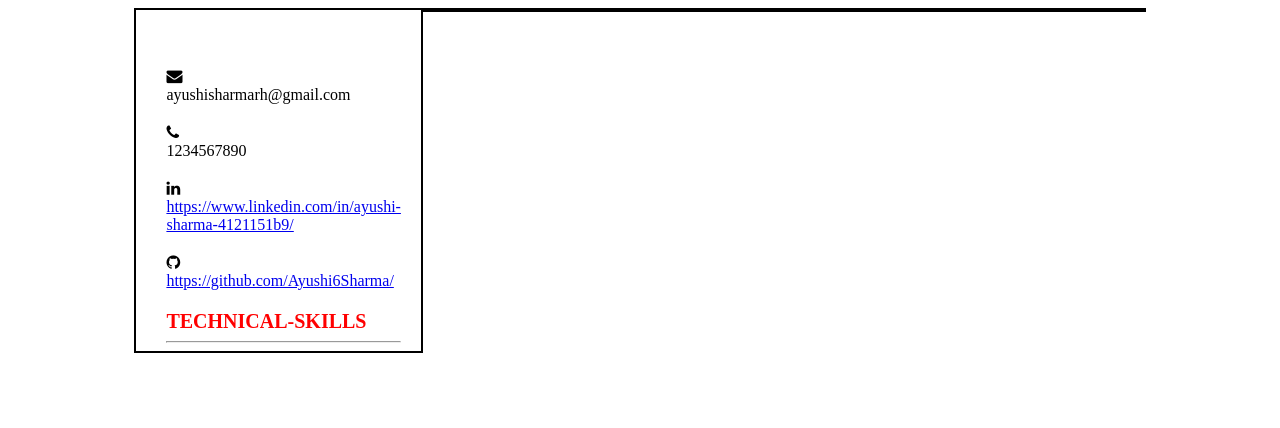
Repository: Ayushi6Sharma/Resume
Page: index.html
These files come from the project's save history. The page is drawn as it stood at one moment and after the next save; the edit follows.
The browser window is 1280 px wide. The pictures show the whole page.

Above is the page before, as saved 2022-05-03 23:36:12.

### index.html
<!DOCTYPE html>
<html lang="en">
    <head>
        <meta charset="utf-8">
        <meta http-equiv="X-UA-Compatible" content="IE=edge">
        <meta name="viewport" content="width=device-width, initial-scale=1">
        <meta name="description" content="Responsive resume for companies">
        <meta name="author" content="Ayushi Sharma">
        <div class="profile-linkedin"></div>
        <link rel="stylesheet" href="style.css">
        <!-- <link rel="stylesheet" href="https://cdn.jsdelivr.net/npm/@fortawesome/fontawesome-free@5.15.4/css/fontawesome.min.css" integrity="sha384-jLKHWM3JRmfMU0A5x5AkjWkw/EYfGUAGagvnfryNV3F9VqM98XiIH7VBGVoxVSc7" crossorigin="anonymous"> -->
        <!-- <link href="https://cdnjs.cloudflare.com/ajax/libs/font-awesome/5.13.0/css/all.min.css" rel="stylesheet"> -->
        <link rel="stylesheet" href="https://stackpath.bootstrapcdn.com/font-awesome/4.7.0/css/font-awesome.min.css" integrity="sha384-wvfXpqpZZVQGK6TAh5PVlGOfQNHSoD2xbE+QkPxCAFlNEevoEH3Sl0sibVcOQVnN" crossorigin="anonymous">
        <title>Resume</title>
    </head>
    <body>
        <main class="main-content" contenteditable="false">
            <section>
                <div class="left-main-content">
                    <!-- Profile data -->
                    <div class="profile-data">
                        <div class="profile-image">
                           <img src="" class="img">
                        </div>
                        <div class="profile-email">
                            <div class="email-icon">
                                <i class="fa fa-envelope"></i>
                            </div>
                            <div class="email-address">
                                ayushisharmarh@gmail.com
                            </div>
                        </div>
                        <div class="profile-contact">
                            <div class="phone-icon">
                                <i class="fa fa-phone"></i>
                            </div>
                            <div class="phone-number">
                                1234567890
                            </div>
                        </div>
                        <div class="profile-linkedin">
                            <div class="linkedid-icon">
                                <i class="fa fa-linkedin"></i>
                            </div>
                            <div class="linkedin-account">
                                <a href="https://www.linkedin.com/in/ayushi-sharma-4121151b9/">https://www.linkedin.com/in/ayushi-sharma-4121151b9/</a>
                            </div>
                        </div>
                        <div class="profile-github">
                            <div class="github-icon">
                                <i class="fa fa-github"></i>
                            </div>
                            <div class="github account-account">
                               <a href="https://github.com/Ayushi6Sharma/">https://github.com/Ayushi6Sharma/</a>
                            </div>
                        </div>
                    </div>
                    <!-- Technical Skills -->
                    <div class="technical-skills">
                        <div class="title">
                            <bold>TECHNICAL-SKILLS</bold>
                        </div>
                        <hr>
                    </div>

                </div>

            </section>
            <section>
                <div class="right-main-content">

                </div>
            </section>
        </main>
    </body>
</html>

### style.css
.main-content
{
    display: grid;
    grid-template-columns:1fr 3fr;
    width:80%;
    margin: auto;
}
.left-main-content
{
    border:2px solid black;
    padding-left: 30px;
    padding-right: 20px;
}
.right-main-content
{
    border: 2px solid black;
}
.profile-data >div{
    margin-top: 20px;
}
.title{
    margin-top: 20px;
    font-weight: bold;
    font-size: 20px;
    color:red;
}

After the next save:
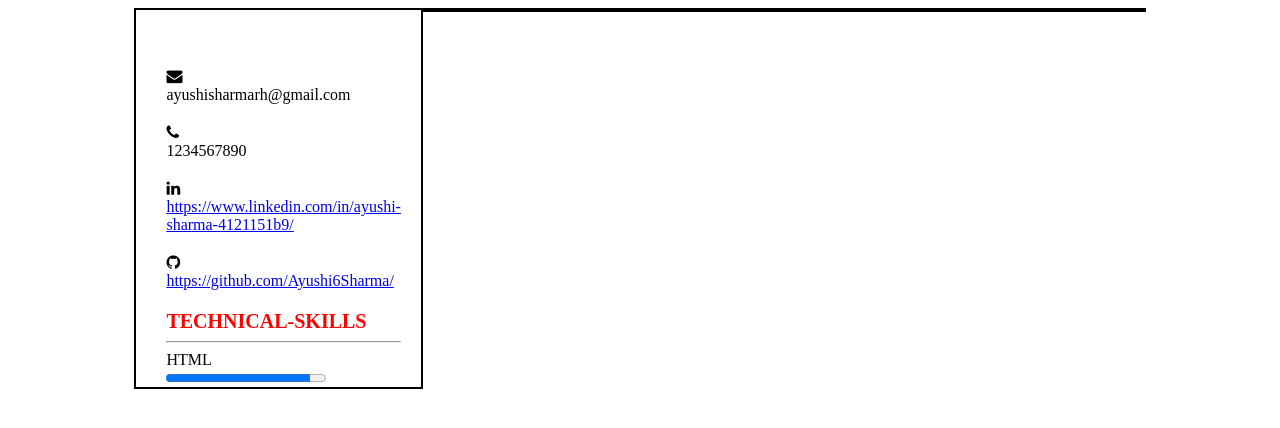
Saved 4 min 27 s later.
--- a/index.html
+++ b/index.html
@@ -58,9 +58,15 @@
                     <!-- Technical Skills -->
                     <div class="technical-skills">
                         <div class="title">
-                            <bold>TECHNICAL-SKILLS</bold>
+                            TECHNICAL-SKILLS
                         </div>
                         <hr>
+                        <div class="skill-item">
+                            HTML
+                        </div>
+                        <div class="skill-knowledge">
+                            <progress value="90" max="100"></progress>
+                        </div>
                     </div>
 
                 </div>
